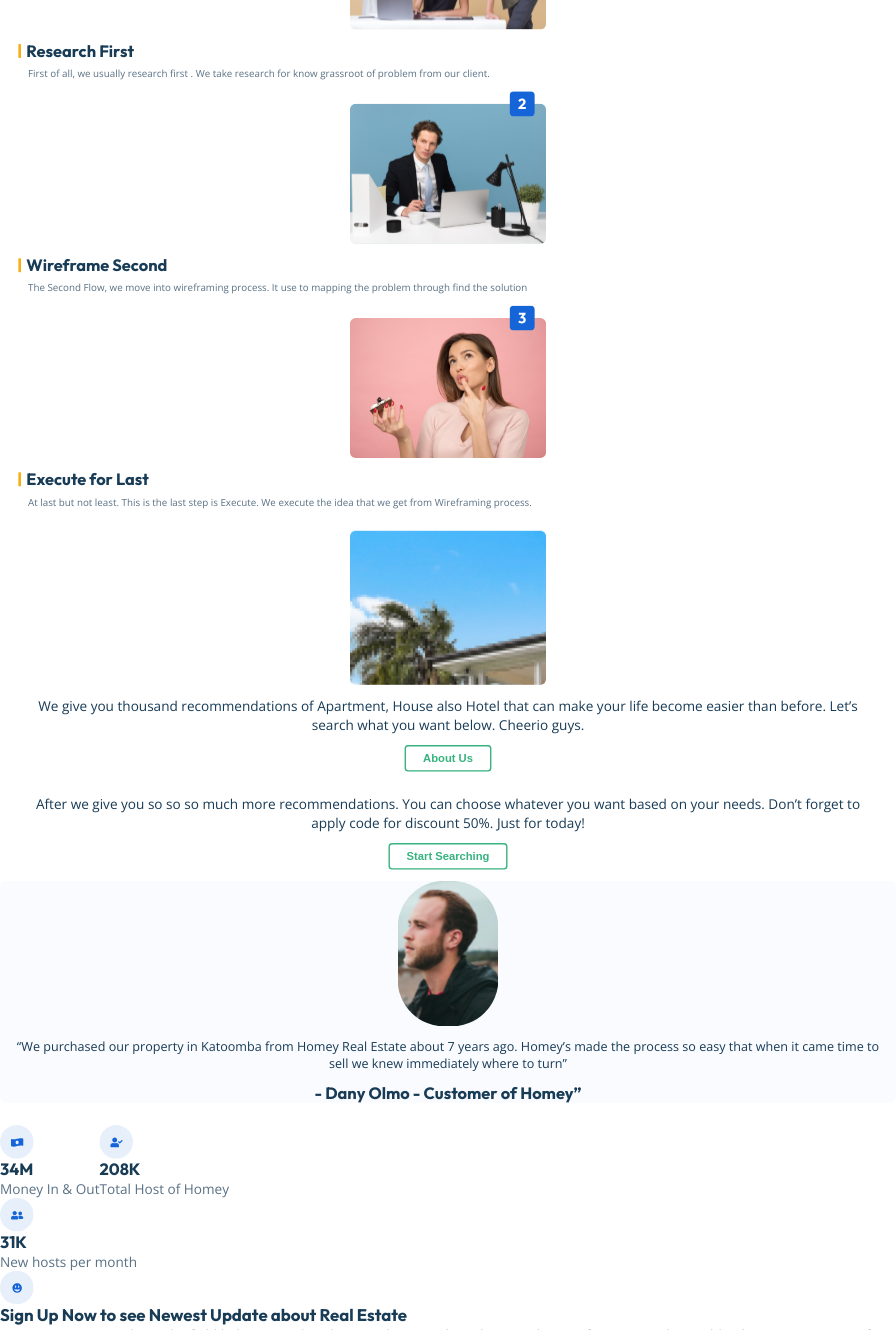
Repository: gustavoRichardt/prova-front
Page: index.html
The author's editor kept a copy of each file at every save. The page is drawn from the files as they stood at one save, then again after a run of saves.
The browser window is 1280 px wide. The pictures show the part of the page from y = 2876 to 4776 px (the page is 5663 px tall), at 70% of full size.
A picture or video elsewhere on the page could not be fetched, so the positions and the page height are approximate.

Above is the page before, as saved 2026-09-01 15:00:28.

After the next 3 saves:
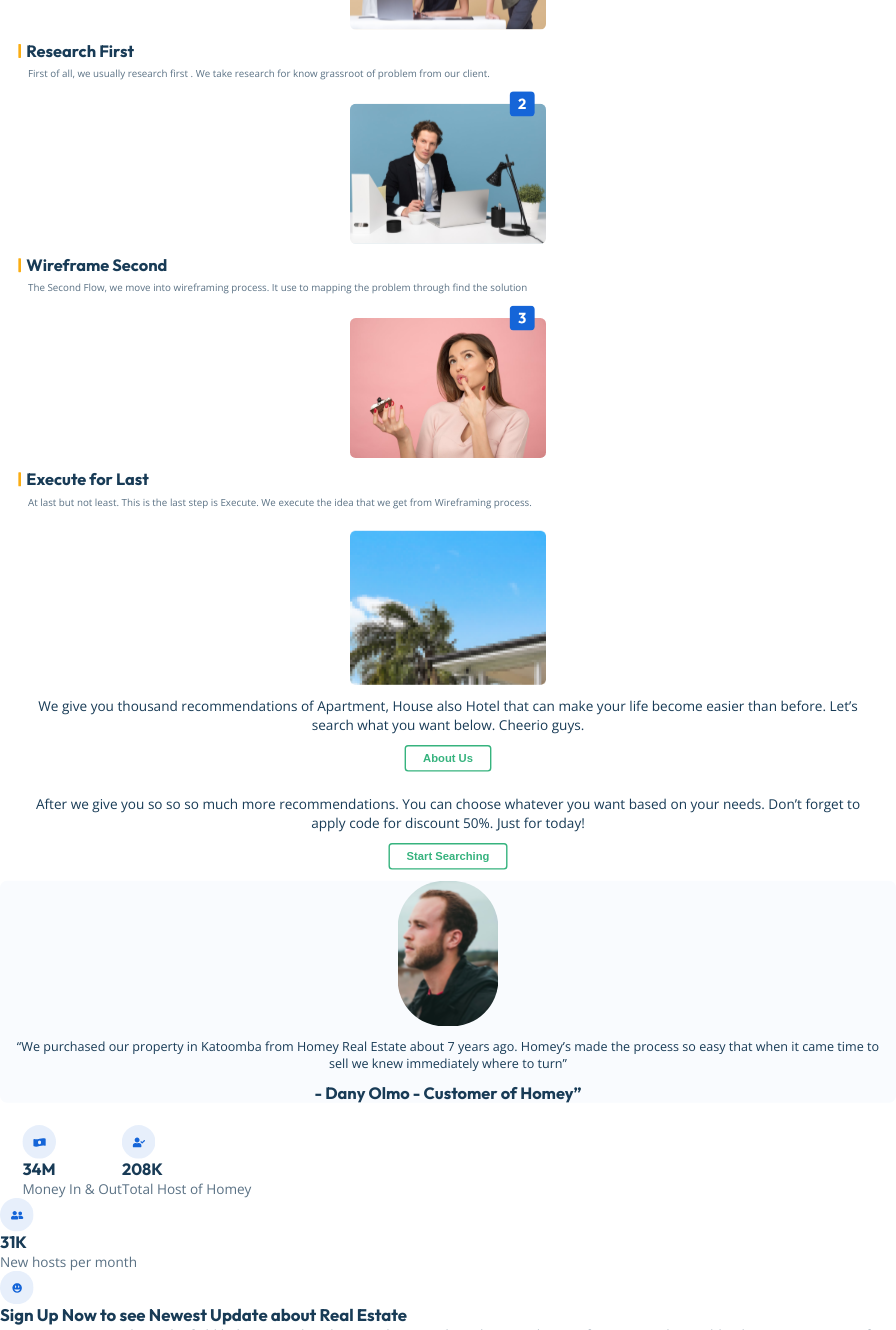
The 3 saves are shown as one change because they came seconds apart.
The last was saved 9 s later.
--- a/style.css
+++ b/style.css
@@ -427,5 +427,5 @@
 .conjunto-dados1 {
     display: flex;
     align-items: center;
-    margin-left: ;
-}
+    margin-left: 2rem;
+}
